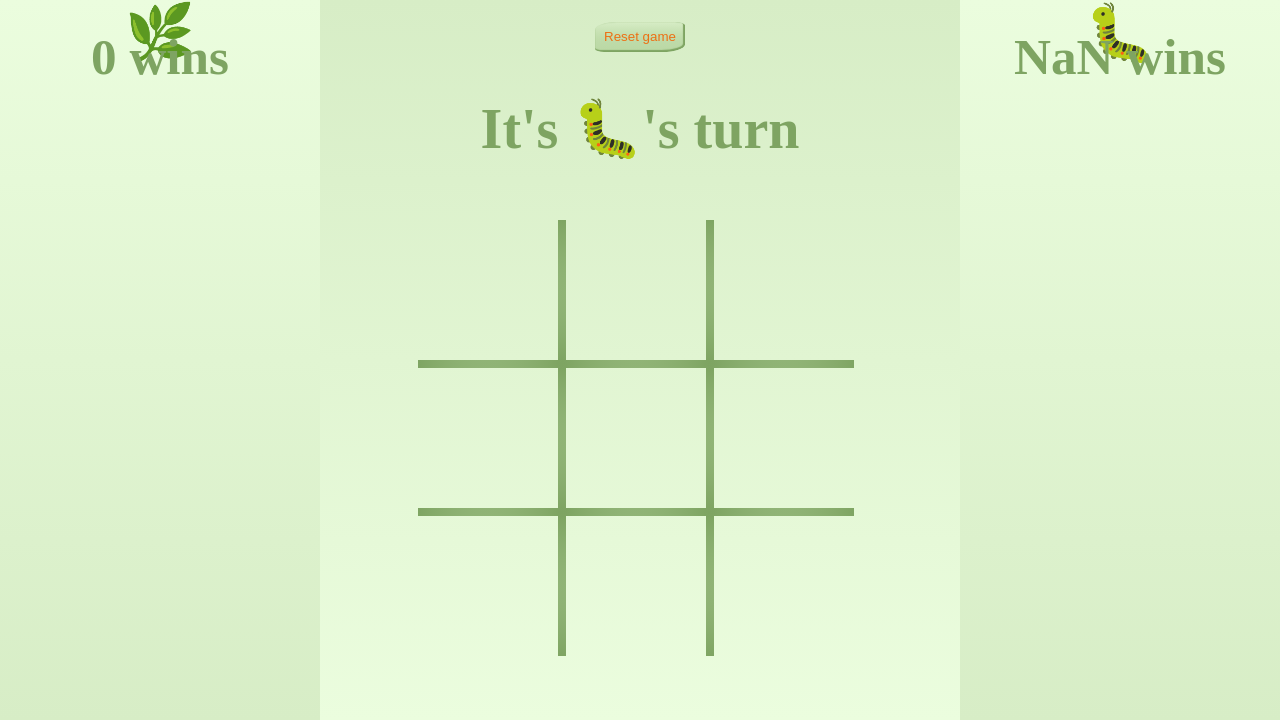
Repository: AsherSpurr/tic-tac-toe
Page: index.html
An editor plug-in stored every save of this project. The page is shown before and after a run of saves, followed by the edit.
The browser window is 1280 px wide. The pictures show the whole page.
Some web fonts or font styles are not loaded; a fallback is used.

Above is the page before, as saved 2024-01-14 13:46:33.

### index.html
<!DOCTYPE html>
<html lang="en">
<head>
    <meta charset="UTF-8">
    <meta name="viewport" content="width=device-width, initial-scale=1.0">
    <link rel="stylesheet" type="text/css" href="styles.css">
    <link rel="preconnect" href="https://fonts.googleapis.com">
    <link rel="preconnect" href="https://fonts.gstatic.com" crossorigin>
    <link href="https://fonts.googleapis.com/css2?family=Bad+Script&family=Poppins:wght@300&display=swap" rel="stylesheet">
    <title>Two player tic tac toe</title>
</head>
<body">
    <section class="column" id="left-column">
        <article class="player-box" id="player1">
            <h3 class="player" id="player1-icon">🌿</h3>
            <h4 class="wins" id="player1-wins"></h4>
        </article>
    </section>
    <section class="game-play">
        <div class="reset-container">
            <button class="reset-button">Reset game</button>
        </div>
        <h1 class="welcome-message">✨Tic Tac Toe✨</h1>
        <h2 class="turns hidden">It's 🐛's turn</h2>
        <section class="gameboard-container">
            <div class="cell" id="cell1"></div>
            <div class="cell" id="cell2"></div>
            <div class="cell" id="cell3"></div>
            <div class="cell" id="cell4"></div>
            <div class="cell" id="cell5"></div>
            <div class="cell" id="cell6"></div>
            <div class="cell" id="cell7"></div>
            <div class="cell" id="cell8"></div>
            <div class="cell" id="cell9"></div>
        </section>
    </section>
    <section class="column" id="right-column">
        <article class="player-box" id="player2">
            <h3 class="player" id="player2-icon">🐛</h3>
            <h4 class="wins" id="player2-wins"></h4>
        </article>
    </section>
</body>
    <script type="text/javascript" src="main.js"></script>
</html>

### styles.css
body {
    height: 100%;
    width: 100%;
    margin: 0;
    font-family: 'Bad Script';
    color: #7ea462;
}

.column {
    background-image: linear-gradient(#ebfdde, #d7edc6);
    height: 100vh;
    width: 25vw;
}

#left-column {
    float: left;
}

#right-column {
    float: right;
}

.game-play {
    background-image: linear-gradient(#d7edc6, #ebfdde);
    height: 100vh;
    width: 50vw;
    float: inline-start;
    display: flex;
    align-items: center;
    flex-direction: column;
    justify-content: space-around;
}

.gameboard-container {
    display: flex;
    flex-wrap: wrap;
    width: 444px;
    height: 366px;
    margin-bottom: 8em;
}

.cell {
    display: flex;
    justify-content: center;
    align-items: center;
    background-color: transparent;
    border-style: solid;
    border-width: 4px;
    border-image: radial-gradient(#bad8a4, #7ea462) 1;
    height: 140px;
    width: 140px;
    font-size: 80px;
}

.player-box {
    display: flex;
    align-items: center;
    flex-direction: column;
    margin: 0;
}

.player {
    font-size: 350%;
    margin: 0;
    margin-bottom: -.70em;
}

.wins {
    font-size: 320%;
    margin: 0;
}

.welcome-message,
.turns {
    font-size: 350%;
    max-height: 20vh;
    margin-top: 5%;
}

.reset-container {
    display: flex;
    align-items: end;
    margin-top: 1em;

}

.reset-button {
    color: #ed7014;
    height: 30px;
    width: 90px;
    border-radius: 25% 10%;
    border: 1px transparent;
    background-image: linear-gradient(0deg, #bad8a4, 70%, #d7edc6);
    box-shadow: inset -1px -1px 1px 1px #7ea462;
}

.cell:nth-child(1) {
    border-top: transparent;
    border-left: transparent;
}


.cell:nth-child(2) {
    border-top: transparent;
}


.cell:nth-child(3) {
    border-top: transparent;
    border-right: transparent;
}


.cell:nth-child(4) {
    border-left: transparent;
}


.cell:nth-child(6) {
    border-right: transparent;
}


.cell:nth-child(7) {
    border-left: transparent;
    border-bottom: transparent;
}


.cell:nth-child(8) {
    border-bottom: transparent;
}


.cell:nth-child(9) {
    border-bottom: transparent;
    border-right: transparent;
}


.hidden {
    display: none;
}

### main.js
var players = [
    {
        name: 'player1',
        icon: '🌿',
        isTurn: false,
        hasWon: false,
        plays: [],
        wins: 0
    },
    {
        name: 'player2',
        icon: '🐛',
        isTurn: true,
        hasWon: false,
        plays: [],
        wins: 0
    }
]

var winningCombos = [
    ['cell1', 'cell2', 'cell3'],
    ['cell4', 'cell5', 'cell6'],
    ['cell7', 'cell8', 'cell9'],
    ['cell1', 'cell4', 'cell7'],
    ['cell2', 'cell5', 'cell8'],
    ['cell3', 'cell6', 'cell9'],
    ['cell1', 'cell5', 'cell9'],
    ['cell3', 'cell5', 'cell7'],
]

var welcomeMessage = document.querySelector('.welcome-message')
var turns = document.querySelector('.turns')
var gameBoard = document.querySelector('.gameboard-container')
var winsPlayer1 = document.getElementById('player1-wins')
var winsPlayer2 = document.getElementById('player2-wins')

window.addEventListener('load', refreshWins)

gameBoard.addEventListener('click', (event) => {
    checkforPlay(event)
});

setTimeout(replaceDisplayMessage, 1500)

function replaceDisplayMessage() {
    turns.classList.remove('hidden')
    welcomeMessage.classList.add('hidden')
}

function checkforPlay(event) {
    localStorage.setItem('wins0', players[0].wins)
    localStorage.setItem('wins1', players[1].wins)
    var event = event.target.closest('div')
    for (var i = 0; i < players.length; i++) {
        if (players[0].hasWon === true || players[1].hasWon === true) {
            break
        }
        if (players[i].isTurn === true && event.innerText === '') {
            renderCellIcon(event, players[i])
            trackPlay(event, players[i])
            changeTurn()
            trackWins(players[i])
        }
    }
}

function renderCellIcon(event, player) {
    event.innerText = `${player.icon}`
}

function trackPlay(event, player) {
    player.plays.push(event.id)
}

function changeTurn() {
    for (var i = 0; i < players.length; i++) {
        players[i].isTurn = !players[i].isTurn
        renderTurnIcon()
    }
}

function renderTurnIcon() {
    for (var i = 0; i < players.length; i++) {
        if (players[i].isTurn === true) {
            turns.innerText = `It's ${players[i].icon}'s turn`
        }
    }
}

function trackWins(player) {
    for (var i = 0; i < winningCombos.length; i++) {
        counter = 0;
        for (var j = 0; j < player.plays.length; j++) {
            if (winningCombos[i].includes(player.plays[j])) {
                counter++
            }
            if (counter === 3) {
                player.hasWon = true
                // console.log(`line 102: ${player.wins}`)
                player.wins++
                // storeWinsLocally(player)
                refreshWins(player)
                renderWinner(player)
                renderWins(player)
                setTimeout(reloadGameboard, 1500)
            }
        }
    }
    isDraw(player)
}
// function storeWinsLocally() {
//     for(var i = 0; i < players.length; i++) {
//         if(players[i].name === 'player1') {
//             localStorage.setItem('wins0', players[i].wins)
//         }
//         else {
//             localStorage.setItem('wins1', players[i].wins)
//         }
//     }
//     console.log(`wins0: ${localStorage.wins0}`)
//     console.log(`wins1: ${localStorage.wins1}`)
//     refreshWins()
// }

function refreshWins(player) {
    var wins0 = parseInt(localStorage.getItem('wins0'))
    var wins1 = parseInt(localStorage.getItem('wins1'))
    if(player.name === 'player1') {
        players[0].wins = wins0
    }
    else {
    players[1].wins = wins1
    }
    renderWins(players[0])
    renderWins(players[1])
}

function isDraw(player) {
    if (player.plays.length === 5 && !player.hasWon) {
        declareDraw()
        setTimeout(reloadGameboard, 1500)
    }
}

function renderWinner(player) {
    turns.innerText = `${player.icon} won!`
}

function declareDraw() {
    turns.innerText = `Draw!`
}

function reloadGameboard() {
    for (var i = 0; i < players.length; i++) {
        if (players[i].hasWon === true || players[i].plays.length === 5) {
            for (var child of gameBoard.children) {
                child.innerText = ""
            }
            resetInitialValues()
            renderTurnIcon()
        }

    }
}

function resetInitialValues() {
    for (var i = 0; i < players.length; i++) {
        players[i].hasWon = false
        players[i].plays.splice(0, players[i].plays.length)
    }
}

function renderWins(player) {
    if (player.name === 'player1') {
        winsPlayer1.innerText = `${players[0].wins} wins`
    }
    else {
        winsPlayer2.innerText = `${players[1].wins} wins`
    }
}

After the next 3 saves:
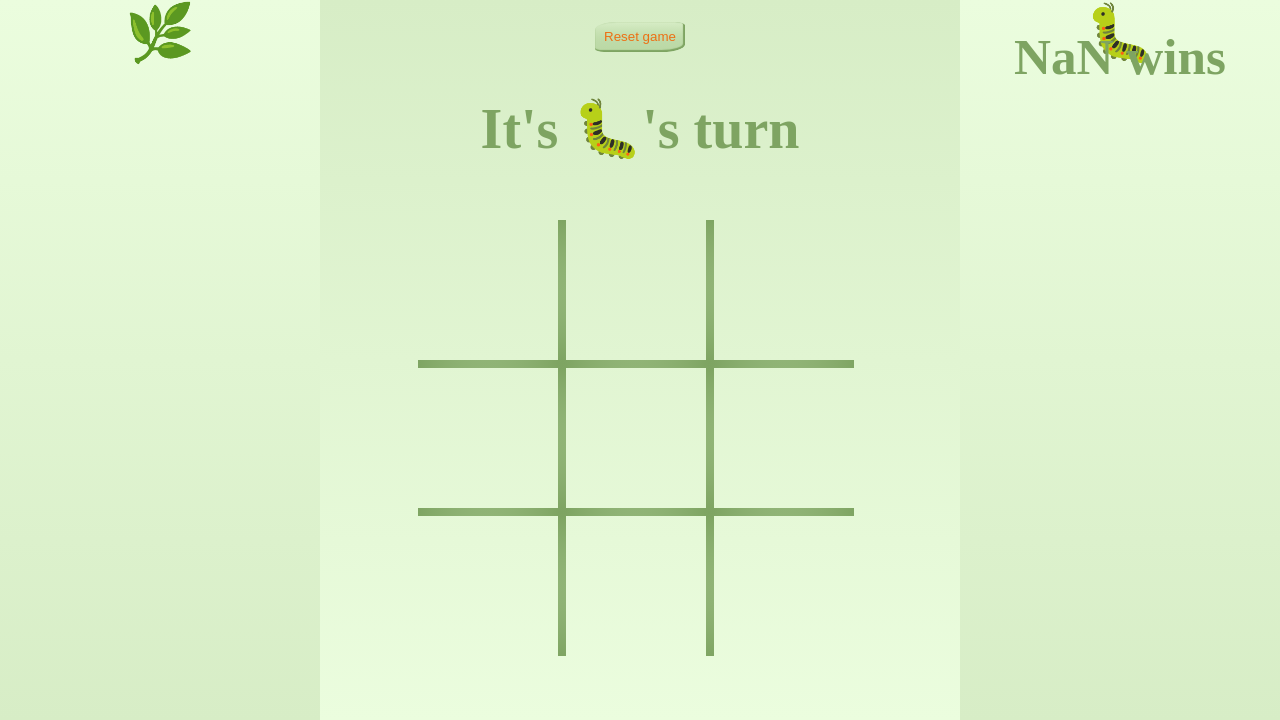
The 3 saves are shown as one change because they came seconds apart.
The last was saved 18 s later.
--- a/main.js
+++ b/main.js
@@ -131,8 +131,8 @@ function refreshWins(player) {
     else {
     players[1].wins = wins1
     }
-    renderWins(players[0])
-    renderWins(players[1])
+    renderWins(player)
+    // renderWins(players[1])
 }
 
 function isDraw(player) {
